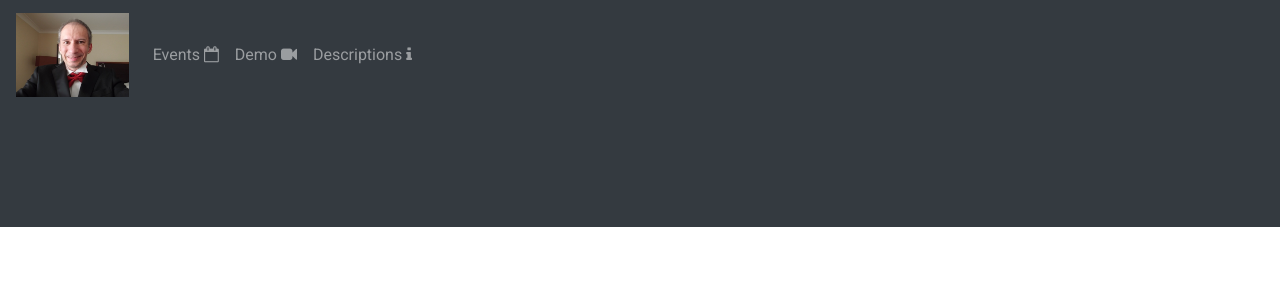
Repository: derektypist/product-landing-page
Page: index.html
The author's editor kept a record of every edit. The page is drawn from the files as they stood at one moment, then again after the next edit.
The browser window is 1280 px wide. The pictures show the whole page.

Above is the page before.

### index.html
<!DOCTYPE html>
<html lang="en">

<head>
    <meta charset="UTF-8">
    <meta name="viewport" content="width=device-width, initial-scale=1.0">
    <meta http-equiv="X-UA-Compatible" content="ie=edge">
    <title>Product Landing Page</title>
    <!-- Load Style Sheets -->
    <link rel="stylesheet" href="https://maxcdn.bootstrapcdn.com/bootstrap/4.4.1/css/bootstrap.min.css" integrity="sha384-Vkoo8x4CGsO3+Hhxv8T/Q5PaXtkKtu6ug5TOeNV6gBiFeWPGFN9MuhOf23Q9Ifjh" crossorigin="anonymous">
    <link rel="stylesheet" href="https://maxcdn.bootstrapcdn.com/font-awesome/4.7.0/css/font-awesome.min.css" type="text/css" />
    <link href="https://fonts.googleapis.com/css?family=Roboto&display=swap" rel="stylesheet">
    <style>
        /* Header and Navigation */

        #header {
            font-family: "Roboto", Arial, Verdana, sans-serif;
        }

        #header-img {
            max-height: 84px;
        }

        #nav-bar {
            padding-bottom: 125px;
        }
    </style>
</head>

<body>
    <!-- Set Up Header -->
    <header id="header">
        <!-- Set Up Navigation -->
        <nav class="navbar navbar-expand navbar-dark bg-dark fixed-top" id="nav-bar">
            <a class="navbar-brand" href="index.html"><img src="derek.JPG" title="Derek Dhammaloka" alt="Derek Dhammaloka" id="header-img"></a>
            <button class="navbar-toggler" type="button" data-toggle="collapse" data-target="navbarSupportedContent" aria-controls="navbarSupportedContent" aria-expanded="false" aria-label="Toggle navigation">
    <span class="navbar-toggler-icon"></span>
  </button>
            <div class="collapse navbar-collapse" id="navbarSupportedContent">
                <ul class="navbar-nav mr-auto">
                    <li class="nav-item">
                        <a class="nav-link" href="#">Events <i class="fa fa-calendar-o" aria-hidden="true"></i></a>
                    </li>
                    <li class="nav-item">
                        <a class="nav-link" href="#">Demo <i class="fa fa-video-camera" aria-hidden="true"></i></a>
                    </li>
                    <li class="nav-item">
                        <a class="nav-link" href="#">Descriptions <i class="fa fa-info" aria-hidden="true"></i></a>
                    </li>
                </ul>
        </nav>
    </header>
</body>

</html>

After the next edit:
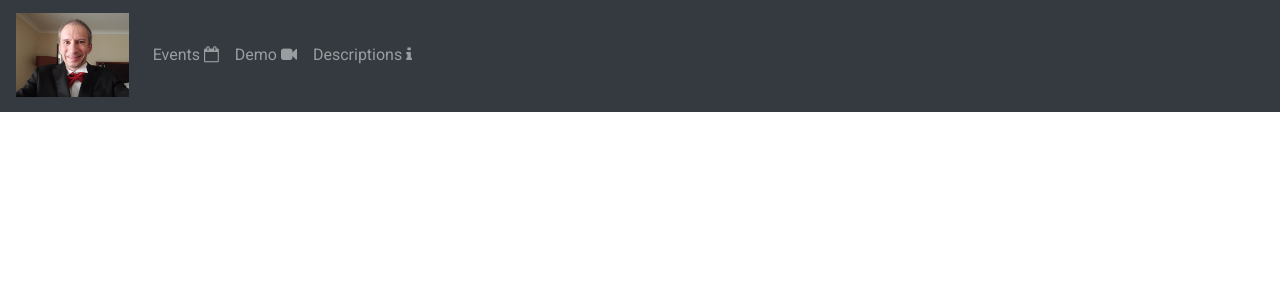
The edit:
--- a/index.html
+++ b/index.html
@@ -22,7 +22,7 @@
         }
 
         #nav-bar {
-            padding-bottom: 125px;
+            padding-bottom: 10px;
         }
     </style>
 </head>
